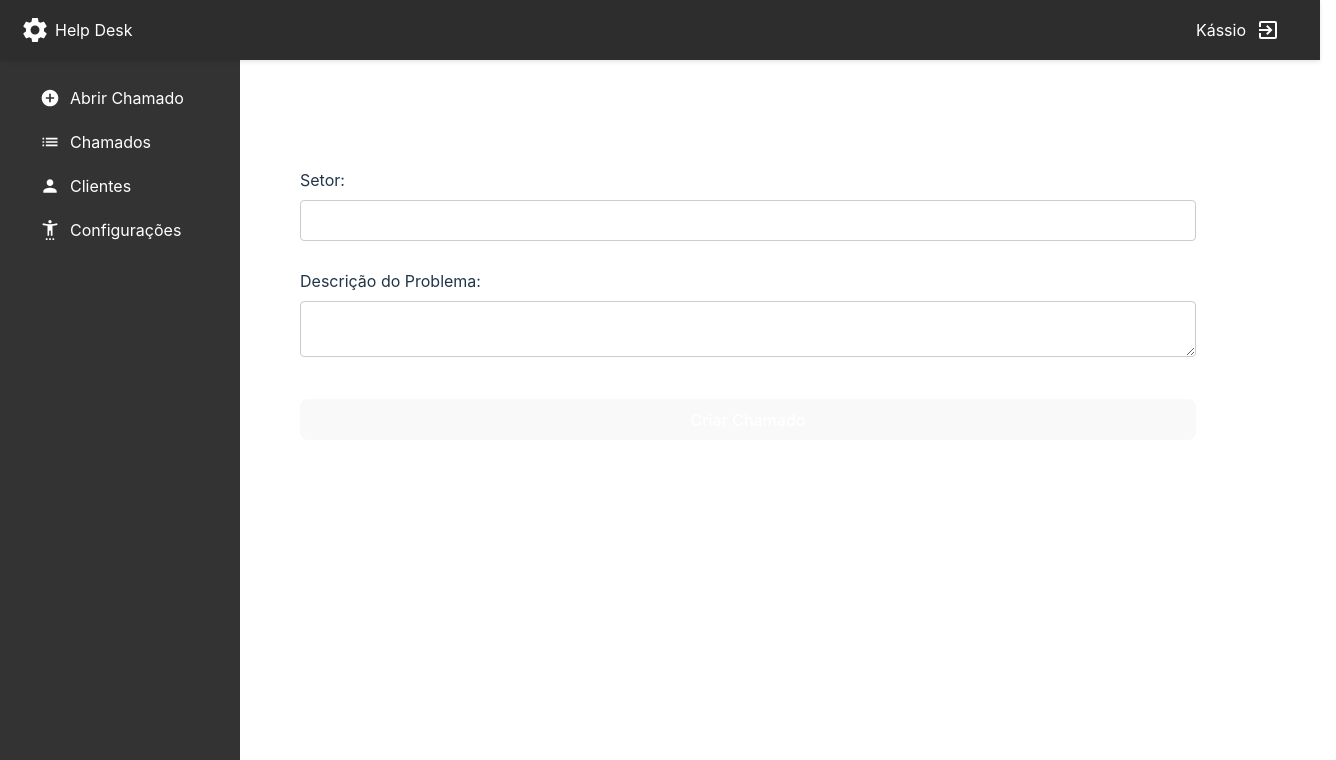
Repository: zkassimz/helpdesk
Page: /, after clicking the first element matching `li`
These files come from the project's save history. The page is drawn as it stood at one moment and after a run of saves; the edit follows.
The browser window is 1280 px wide. The page is 1280 px wide, then 1336 px, so the pictures cover 1336 px, including what lies to the right of the window. The pictures show the whole page.
The project was rebuilt for these pictures with package versions that can differ from the ones it lists, and the page was loaded fresh each time. Also part of the build but not shown: vite.config.js, src/components/css/Chamados.css, src/components/Chamados.jsx, src/components/Clientes.jsx, src/components/Configuracoes.jsx.

Above is the page before, as saved 2024-05-06 17:11:18.

After the next 3 saves:
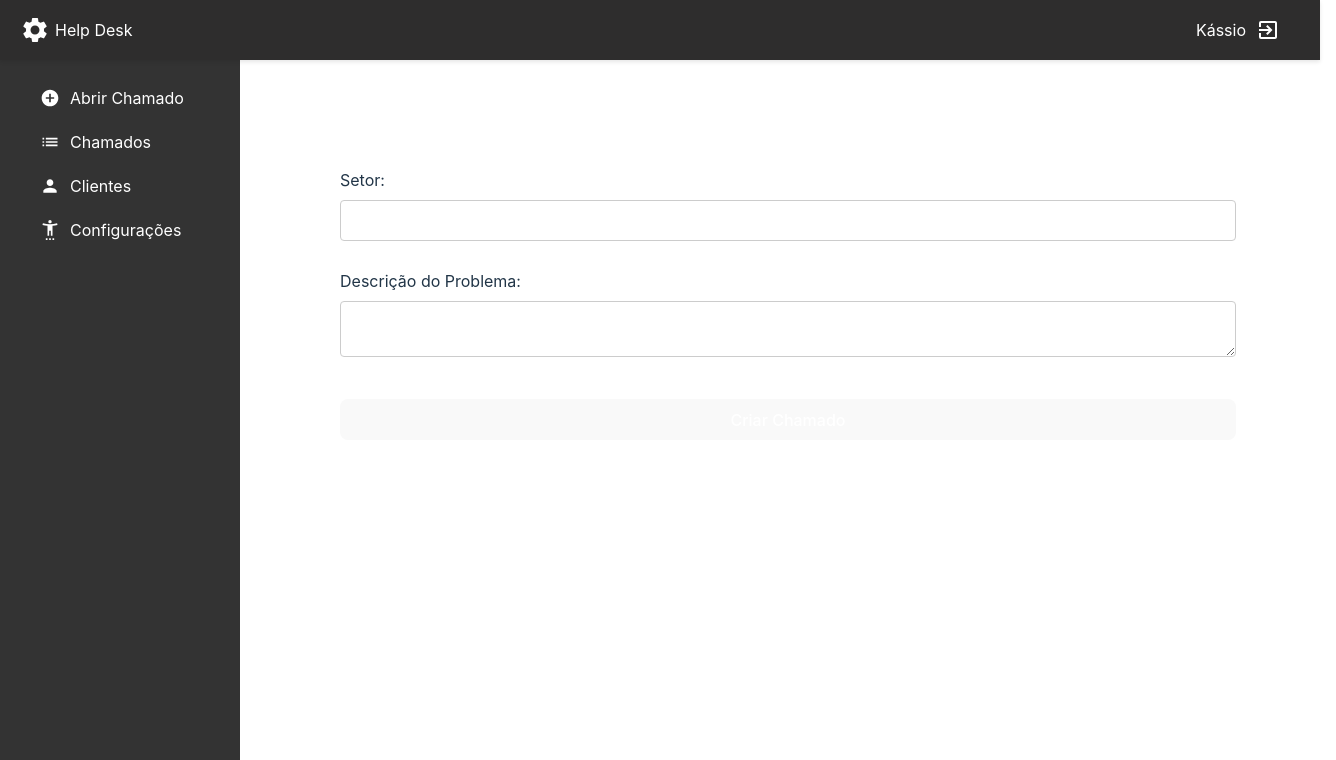
The 3 saves are shown as one change because they came seconds apart.
The last was saved 10 s later.
--- a/src/components/css/CreateTicketPage.css
+++ b/src/components/css/CreateTicketPage.css
@@ -46,7 +46,7 @@ h2 {
 form {
   width: 70vw;
   height: 30vw;
-  padding: 60px;
+  padding: 100px;
 }
 
 .form-group {
